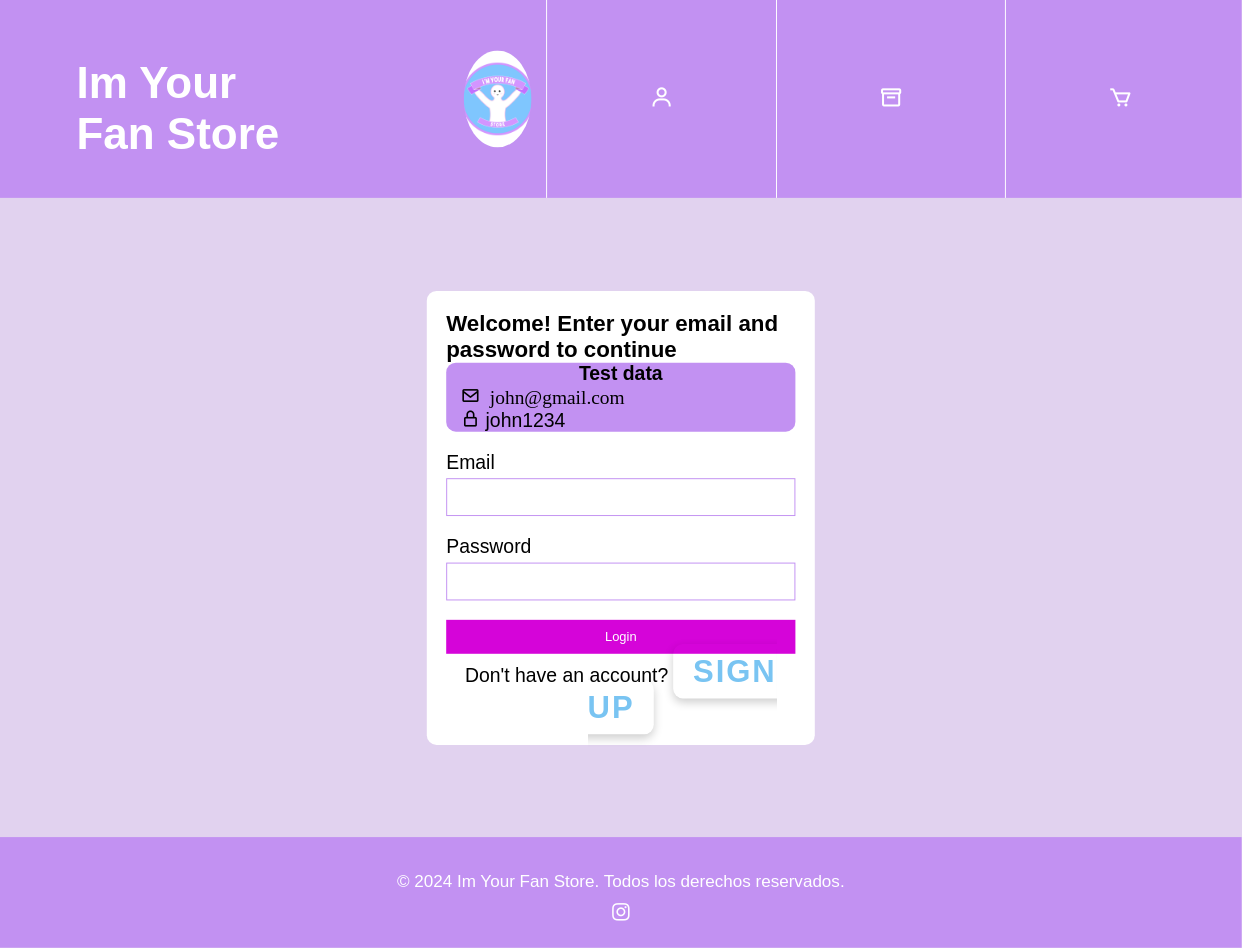
Repository: imyourfan-store/e-commerce
Page: /#/login
These files come from the project's save history. The page is drawn as it stood at one moment and after the next save; the edit follows.
The browser window is 1280 px wide. The pictures show the whole page, at 97% of full size.
The project was rebuilt for these pictures with package versions that can differ from the ones it lists, and the page was loaded fresh each time. Also part of the build but not shown: vite.config.js, src/components/home/styles/ProductCard.css, src/components/home/ProductCard.jsx, src/components/home/Categories.jsx, src/pages/Home.jsx, src/components/productId/styles/ProductInfo.css, src/components/productId/ProductInfo.jsx, src/components/productId/SimilarProducts.jsx and 15 more.

Above is the page before, as saved 2025-02-16 23:02:04.

### index.html
<!DOCTYPE html>
<html lang="en">
  <head>
    <meta charset="UTF-8" />
    <link rel="icon" type="image/svg+xml" href="/Icono Redes Sociales - IYF.jpg" />
    <meta name="viewport" content="width=device-width, initial-scale=1.0" />
    <link rel="stylesheet" href="./src/index.css">
    <link
      href="https://unpkg.com/boxicons@2.1.4/css/boxicons.min.css"
      rel="stylesheet"
    />
    <title>Im Your Fan Store</title>
  </head>
  <body>
    <div id="root"></div>
    <script type="module" src="/src/main.jsx"></script>

  </body>
</html>

### src/index.css
:root {
  --color-lila: #C291F2;
  --color-lilaclaro: #e1d7ea;/* Color lila claro */
  --color-texto: #000000;
  --color-fussia: #D504D9;
  --color-azul: #79C4F2;
  --color-mostaza: #F2B705;
  --color-naranja: #F28705;
  --color-input: #EEF5F9;
  --color-blanquito: #ffffff;
  --color-celeste: #79C4F2;
  --color-rgba-rojo: rgba(255, 0, 0, 0.1);
  --color-rojo: #FF0000;
}

body {
  margin: 0;
  font-family: Arial, sans-serif;
  background-color: var(--color-lilaclaro);
  text-decoration: none;
}

### src/main.jsx
import React from 'react'
import ReactDOM from 'react-dom/client'
import App from './App'
import './index.css'
import { HashRouter } from 'react-router-dom'
import { Provider } from 'react-redux'
import store from './store'

ReactDOM.createRoot(document.getElementById('root')).render(
  <React.StrictMode>
    <HashRouter>
      <Provider store={store}>
        <App />
      </Provider>
    </HashRouter>
  </React.StrictMode>,
)

### src/App.jsx
import { Route, Routes } from 'react-router-dom';
import './App.css';
import Home from './pages/Home';
import Login from './pages/Login';
import ProductId from './pages/ProductId';
import Purchases from './pages/Purchases';
import Cart from './pages/Cart';
import ProtectedRoutes from './components/app/ProtectedRoutes';
import Header from './layout/Header';
import Footer from './layout/Footer';
import Us from './pages/Us';

function App() {
  return (
    <div className="App">
      <Header />
      <Routes>
        <Route path='/' element={<Home />} />
        <Route path='/login' element={<Login />} />
        <Route path='/products/:id' element={<ProductId />} />

        {/* Rutas protegidas */}
        <Route element={<ProtectedRoutes />}>
          <Route path='/purchases' element={<Purchases />} />
          <Route path='/cart' element={<Cart />} />
        </Route>
      </Routes>
      <Footer />
    </div>
  );
}

export default App;

### src/pages/Login.jsx
import React from 'react';
import { useForm } from 'react-hook-form';
import { useDispatch, useSelector } from 'react-redux';
import { logOutUserThunk, loginUserThunk } from '../store/slices/userInfo.slice';
import './styles/Login.css';

const Login = () => {
  const { token, user } = useSelector((state) => state.userInfo);

  const { register, handleSubmit } = useForm();

  const dispatch = useDispatch();

  const submit = (data) => {
    dispatch(loginUserThunk(data));
  };

  const handleLogOut = () => {
    dispatch(logOutUserThunk());
  };

  return (
    <main className="login">
      {token ? (
        <section className="login__logged">
          <i className="login__logged-icon bx bx-user-circle"></i>
          <h3 className="login__logged-name">{`${user.name}`}</h3>
          <button className="login__logged-btn" onClick={handleLogOut}>
            Log out
          </button>
        </section>
      ) : (
        <form className="login__form" onSubmit={handleSubmit(submit)}>
          <h3 className="login__title">Welcome! Enter your email and password to continue</h3>
          <div className="login__container-test">
            <h4 className="login__test-title">Test data</h4>
            <p className="login__test-email">
              <i className="bx bx-envelope"> john@gmail.com</i>
            </p>
            <p className="login__test-password">
              <i className="bx bx-lock-alt"></i> john1234
            </p>
          </div>
          <div className="login__field">
            <label className="login__label">Email</label>
            <input className="login__input" type="email" {...register('email')} />
          </div>
          <div className="login__field">
            <label className="login__label">Password</label>
            <input className="login__input" type="password" {...register('password')} />
          </div>
          <button className="login__btn">Login</button>
          <p className="login__text-footer">
            Don't have an account? <span>Sign up</span>
          </p>
        </form>
      )}
    </main>
  );
};

export default Login;

### src/layout/Header.jsx
import React from 'react'
import { NavLink } from 'react-router-dom'
import './styles/Header.css'

const Header = () => {
  return (
    <header className='header'>
      <NavLink className='header__page-name' to='/'><h1>Im Your Fan Store</h1></NavLink>
      <img src='/src/img/Icono Redes Sociales - IYF.jpg' alt='Im Your Fan Store' className='header__logo' />
      <ul className='header__navbar'>
        <li className='header__link'><NavLink to='/login'><i className='bx bx-user'></i></NavLink></li>
        <li className='header__link'><NavLink to='/purchases'><i className='bx bx-box'></i></NavLink></li>
        <li className='header__link'><NavLink to='/cart'><i className='bx bx-cart'></i></NavLink></li>
      </ul>
    </header>
  )
}

export default Header

### src/layout/Footer.jsx
import React from 'react';
import './styles/Footer.css'; // Asegúrate de que el archivo CSS esté en la ruta correcta

const Footer = () => {
  return (
    <footer className="footer">
      <div className="footer__content">
        <p>&copy; 2024 Im Your Fan Store. Todos los derechos reservados.</p>
        <ul className="footer__socials">
          <li>
            <a
              href="https://www.instagram.com/imyourfanstore_7/"
              target="_blank"
              rel="noopener noreferrer"
            >
              <i className="bx bxl-instagram"></i>
            </a>
          </li>
        </ul>
      </div>
    </footer>
  );
}

export default Footer;

### src/pages/styles/Login.css
:root {
  --color-lila: #C291F2;
  --color-lilaclaro: #E6DFF1; /* Color lila claro ajustado */
  --color-texto: #333333; /* Texto en gris oscuro */
  --color-fussia: #D504D9;
  --color-azul: #79C4F2;
  --color-mostaza: #F2B705;
  --color-naranja: #FF914D; /* Naranja ajustado para botones */
  --color-input: #F3E9FA; /* Fondo para inputs */
  --color-blanquito: #ffffff;
  --color-celeste: #A3D2F2; /* Azul celeste suave */
  --color-rgba-rojo: rgba(255, 0, 0, 0.1);
  --color-rojo: #E74C3C; /* Rojo suave para acentos */
}

.login {
  display: flex;
  justify-content: center;
  font-family: Arial, sans-serif;
  align-items: center;
  height: calc(100vh - 60.7px);
  background-color: var(--color-lilaclaro); /* Fondo lila claro */
}

.login__form,
.login__logged {
  text-align: center;
  width: min(100%, 400px);
  display: flex;
  flex-direction: column;
  align-items: center;
  background-color: var(--color-blanquito); /* Fondo blanco */
  padding: 20px;
  border-radius: 10px;
  font-size: 20px;
  margin: 0 10px;
}

.login__logged-icon {
  font-size: 100px;
  color: var(--color-fussia); /* Ícono en color fucsia */
}

.login__logged-btn {
  border: none;
  background-color: var(--color-naranja); /* Botón naranja */
  color: var(--color-blanquito);
  padding: 10px 15px;
  border-radius: 5px;
  cursor: pointer;
}

.login__title {
  font-family: Arial, sans-serif;
  text-align: start;
  font-size: 23px;
  color: var(--color-texto); /* Texto en gris oscuro */
}

.login__container-test {
  background-color: var(--color-lila); /* Fondo para contenedor de prueba */
  width: 100%;
  border-radius: 10px;
  text-align: start;
  padding: 0 15px;
  margin-bottom: 20px;
}

.login__test-title {
  text-align: center;
  color: var(--color-texto);
}

.login__field {
  display: flex;
  flex-direction: column;
  width: 100%;
  text-align: start;
  margin-bottom: 20px;
  gap: 5px;
}

.login__input {
  padding: 10px 15px;
  border: 1px solid var(--color-lila); /* Borde lila */
  font-size: 15px;
  background-color: var(--color-blanquito); /* Fondo blanco para inputs */
}

.login__btn {
  width: 100%;
  padding: 10px 15px;
  border: none;
  background-color: var(--color-fussia); /* Botón de envío en fucsia */
  color: var(--color-blanquito);
  cursor: pointer;
}

.login__text-footer span {
  color: #79C4F2;
  cursor: pointer;
  font-weight: bold;
}

.login__text-footer span:hover {
  text-decoration: underline;
}

### src/layout/styles/Header.css
:root {
  --color-lila: #C291F2;
  --color-texto: #000000;
  --color-fussia: #D504D9;
  --color-azul: #79C4F2;
  --color-mostaza: #F2B705;
  --color-naranja: #F28705;
  --color-input: #EEF5F9;
  --color-blanquito: #ffffff;
  --color-celeste: #79C4F2;
  --color-rgba-rojo: rgba(255, 0, 0, 0.1);
  --color-rojo: #FF0000;
}

.header {
  display: flex;
  justify-content: space-between;
  align-items: stretch;
  position: sticky;
  top: 0;
  z-index: 2;
  background-color: var(--color-lila);
  border-bottom: 1px solid var(--color-gray);
  text-decoration: none;
}
.header__logo {
  width: 100px;
  height: 100px;
  border-radius: 50%;
  object-fit: cover; /* Asegura que la imagen no se distorsione */

  margin-top: auto;
  margin-bottom: auto;

  margin-left: auto;
  margin-right: auto;

  padding-left: 15px;
  padding-right: 15px;
}

.header__page-name {
  font-size: 12px;
  color: var(--color-blanquito);
  text-decoration: none;
  display: flex;
  align-items: center; /* Asegura que el texto y la imagen estén alineados */
  transition: transform 0.3s ease;
}

/* Efecto de zoom */
.header__page-name:hover {
  transform: scale(1.008);
}
.header__navbar {
  display: flex;
  list-style: none;
  font-size: 25px;
  margin: 0;
  padding: 0;
  flex: 1 1;
}

.header__link {
  display: flex;
  justify-content: center;
  align-items: center;
  width: 33%;
  text-decoration: none;
  border-left: 1px solid var(--color-blanquito);
  transition: transform 0.3s ease, background-color 0.3s ease; /* Agrega una transición */
}

/* Estilos para el hover */
.header__link:hover {
  transform: scale(1.1); /* Escalar el elemento */
  background-color: var(--color-azul); /* Cambiar color de fondo al hacer hover */
  cursor: pointer; /* Cambiar el cursor a puntero */
}

@media (max-width: 600px) {
  .header__link {
    border-left: none;
  }
}

.header__link a {
  color: var(--color-blanquito);
  text-decoration: none;
}

### src/layout/styles/Footer.css
:root {
    --color-lila: #C291F2;
    --color-lilaclaro: #e1d2ef; /* Color lila claro */
    --color-texto: #000000;
    --color-fussia: #D504D9;
    --color-azul: #79C4F2;
    --color-mostaza: #F2B705;
    --color-naranja: #F28705;
    --color-input: #EEF5F9;
    --color-blanquito: #ffffff;
    --color-celeste: #79C4F2;
    --color-rgba-rojo: rgba(255, 0, 0, 0.1);
    --color-rojo: #FF0000;
}

.footer {
    background-color: var(--color-lila);
    color: var(--color-blanquito);
    padding: 20px;
    text-align: center;
    position: relative;
    bottom: 0;
    width: 100%;
}

.footer__content {
    max-width: 1200px;
    margin: 0 auto;
}

.footer__socials {
    list-style: none;
    padding: 0;
    margin: 10px 0 0;
    display: flex;
    justify-content: center;
}

.footer__socials li {
    margin: 0 10px;
}

.footer__socials a {
    color: var(--color-blanquito);
    text-decoration: none;
    font-size: 24px;
}
.footer__socials a:hover {
    color: var(--color-fussia);
}

### src/pages/styles/Us.css

:root {
    --color-lila: #C291F2;
    --color-texto: #000000;
    --color-fussia: #D504D9;
    --color-azul: #79C4F2;
    --color-mostaza: #F2B705;
    --color-naranja: #F28705;
    --color-input: #EEF5F9;
    --color-blanquito: #ffffff;
    --color-celeste: #79C4F2;
    --color-rgba-rojo: rgba(255, 0, 0, 0.1);
    --color-rojo: #FF0000;
}

/* Estilo general para los enlaces */
a {
    text-decoration: none; /* Elimina el subrayado */
    color: var(--color-input); /* Color del enlace */
}

/* Estilo para el span con efecto hover */
span {
    font-size: 2rem;
    font-weight: bold;
    color: var(--color-blanquito);
    padding: 10px 20px;
    border-radius: 10px;
    box-shadow: 0 4px 10px rgba(0, 0, 0, 0.2); /* Sombra sutil */
    text-transform: uppercase; /* Texto en mayúsculas */
    letter-spacing: 2px; /* Espaciado entre letras */
    transition: all 0.3s ease-in-out; /* Transición suave */
}

/* Efecto hover para el span */
span:hover {
    background: linear-gradient(135deg, var(--color-azul), var(--color-azul)); /* Degradado */
    transform: scale(1.1); /* Agrandado */
    box-shadow: 0 6px 15px rgba(0, 0, 0, 0.3); /* Aumento de sombra */
}

/* Estilos para los enlaces de navegación */
.nav_link {
    margin-right: 20px;
}

.nav_link a {
    text-decoration: none;
    font-size: 1.2rem;
    color: var(--color-blanquito);
    padding: 8px 15px;
    border-radius: 5px;
    transition: background-color 0.3s ease-in-out, color 0.3s ease-in-out;
}

/* Efecto hover para los enlaces */
.nav_link a:hover {
    background-color: var(--color-blanquito);
    color: var(--color-fussia);
}

/* Estilos del formulario de búsqueda */
.navbar_search {
    position: relative;
}

.search_icon img {
    width: 30px;
    height: 30px;
    cursor: pointer;
    transition: transform 0.3s ease;
}

/* Efecto hover en el ícono de búsqueda */
.search_icon:hover img {
    transform: scale(1.2);
}

/* Adaptación para pantallas pequeñas */
@media (max-width: 768px) {
    .navbar_nav {
        flex-direction: column;
    }

    .nav_list {
        flex-direction: column;
    }

    .nav_link {
        margin-bottom: 10px;
    }
}

/* Contenedor de la barra de navegación */
.container-navbar {
    background-color: var(--color-lila);
    display: flex;
    justify-content: center;
    width: 100%;
}

/* Diseño de la navbar */
.navbar {
    display: flex;
    justify-content: space-between;
    align-items: center;
    width: 100%;
    height: 100%;
    margin: 20px;
}

.navbar_logo {
    display: flex;
    align-items: center;
}

.navbar_logo img {
    height: 60px;
    margin-right: 20px;
    border-radius: 10%;
}

.navbar_logo span {
    font-weight: 100;
    font-size: 1.5rem;
    color: var(--color-naranja);
}

/* Estilos adicionales para la navbar en dispositivos pequeños */
.navbar_nav {
    display: flex;
    align-items: center;
}

.navbar_nav>* {
    margin-left: 40px;
}

.nav_list {
    display: flex;
    list-style: none;
}

.nav_link {
    margin-left: 40px;
    font-size: 1.1rem;
    font-weight: 500;
}

.nav_link a {
    color: var(--color-blanquito);
    position: relative;
}

.nav_link a::after {
    content: "";
    position: absolute;
    width: 100%;
    height: 2px;
    bottom: 0;
    left: 0;
    background-color: var(--color-mostaza);
    opacity: 0;
    transition: opacity 0.3s ease-in-out;
}

.nav_link:hover a::after {
    opacity: 1;
}

/* Estilos para el ícono de búsqueda */
.search_icon img {
    height: 28px;
}

.navbar_toogle-btn {
    background-color: transparent;
    border: none;
    cursor: pointer;
    display: none;
}

/* Estilos para el botón de "Iniciar sesión" */
.button {
    display: inline-block;
    padding: 10px 20px;
    text-decoration: none;
    font-size: 16px;
    font-weight: bold;
    color: var(--color-blanquito);
    border-radius: 5px;
    transition: background-color 0.3s ease, transform 0.3s ease;
}

.button-primary {
    background-color: var(--color-azul);
}

.button-saber-mas {
    margin-left: 10px;
}

.button-primary:hover {
    background-color: #558BBF;
    color: var(--color-blanquito);
    transform: translateY(-2px);
}

.navbar_mobile-menu {
    display: none;
}

/* Estilos para la navbar móvil */
@media only screen and (max-width: 895px) {
    .nav_list {
        display: none;
    }

    .navbar_nav>* {
        margin-left: 20px;
    }

    .navbar_mobile-menu {
        display: flex;
        flex-direction: column;
        position: absolute;
        top: 130px;
        right: 0;
        background-color: var(--color-lila);
        width: 100%;
        box-shadow: 0 2px 10px rgba(0, 0, 0, 0.1);
        z-index: 1;
    }

    .nav_link-mobile {
        margin-left: 40px;
        font-size: 1.1rem;
        font-weight: 500;
        margin-top: 5px;
    }

    .nav_list-mobile {
        list-style: none;
        padding: 20px;
        margin-bottom: 15px;
    }

    .nav_list-mobile a {
        color: var(--color-blanquito);
        position: relative;
        text-decoration: none;
    }

    .nav_link-mobile a::after {
        content: "";
        position: absolute;
        width: 100%;
        height: 2px;
        bottom: 0;
        left: 0;
        background-color: var(--color-mostaza);
        opacity: 0;
        transition: opacity 0.3s ease-in-out;
    }

    .nav_link-mobile:hover a::after {
        opacity: 1;
    }

    .navbar_toogle-btn {
        display: block;
    }

    .navbar_toogle-btn img {
        height: 28px;
    }
}

@media only screen and (max-width: 510px) {
    .search_icon {
        display: none;
    }

    .button-saber-mas {
        margin: 0;
    }
}

Loaded but not shown: src/store/slices/cart.slice.js (63 lines, source omitted); src/store/slices/userInfo.slice.js (37 lines, source omitted); src/store/slices/products.slice.js (26 lines, source omitted); src/store/index.js (8 lines, source omitted); src/utils/configAxios.js (9 lines, source omitted); src/pages/styles/Home.css (681 lines, source omitted); src/App.css (no stored copy; drawn as an empty file)

After the next save:
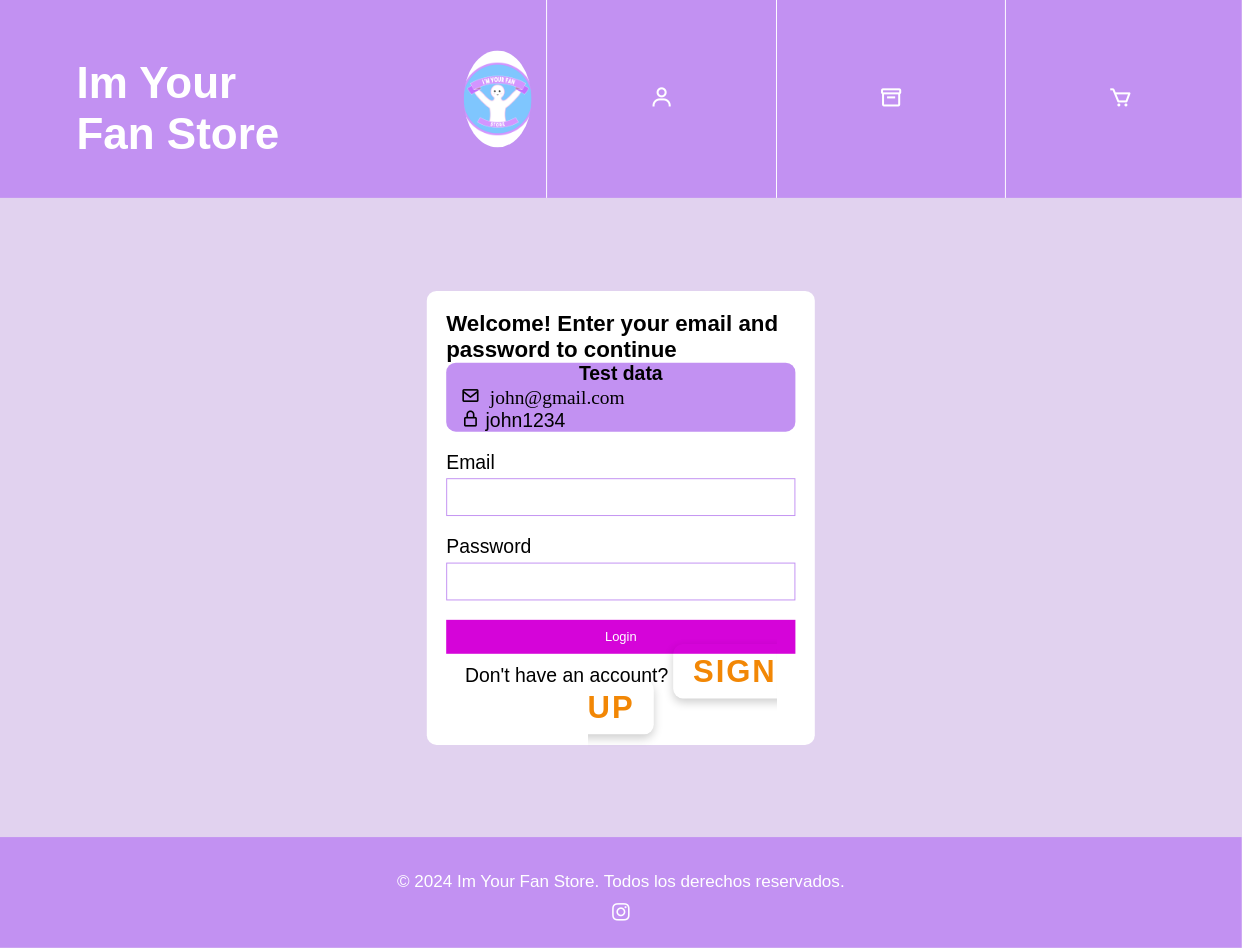
Saved 24 s later.
--- a/src/pages/styles/Login.css
+++ b/src/pages/styles/Login.css
@@ -97,7 +97,7 @@
 }
 
 .login__text-footer span {
-  color: #79C4F2;
+  color: var(--color-naranja) ;
   cursor: pointer;
   font-weight: bold;
 }
